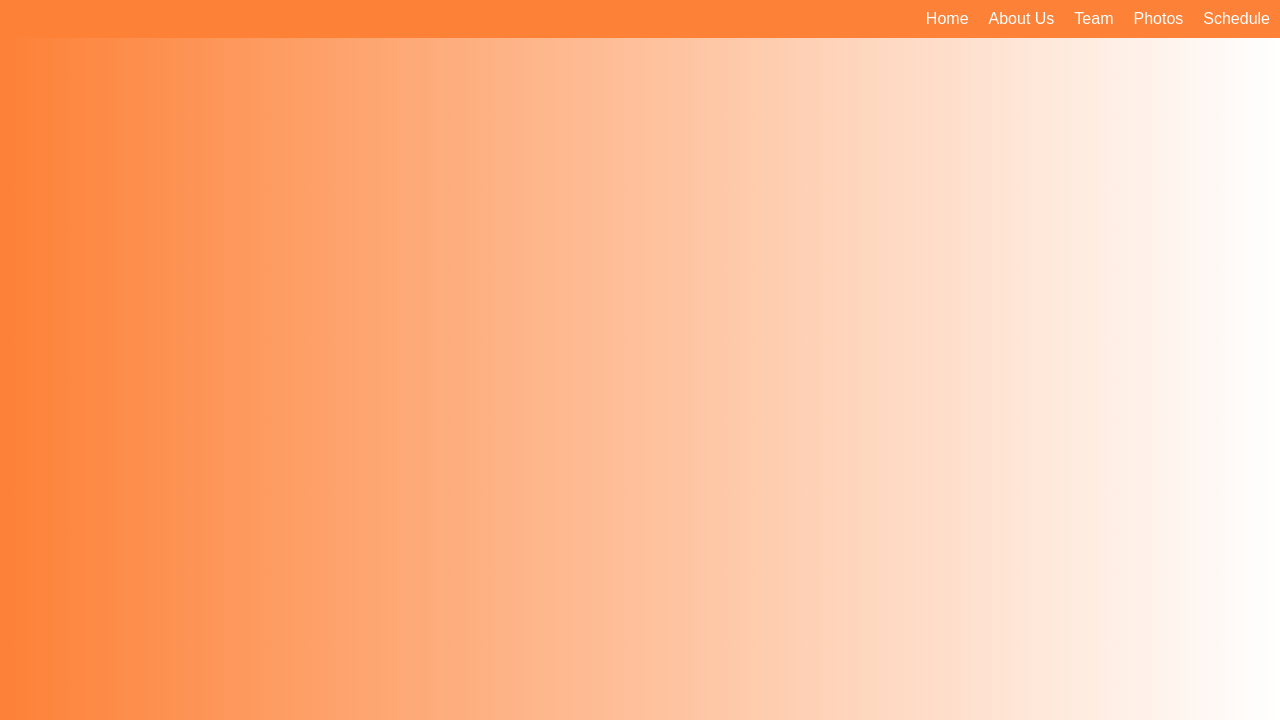
Repository: SHSFootballRepo/Website
Page: public/schedule.html
These files come from the project's save history. The page is drawn as it stood at one moment and after the next save; the edit follows.
The browser window is 1280 px wide. The pictures show the whole page.

Above is the page before, as saved 2023-08-19 18:44:14.

After the next save:
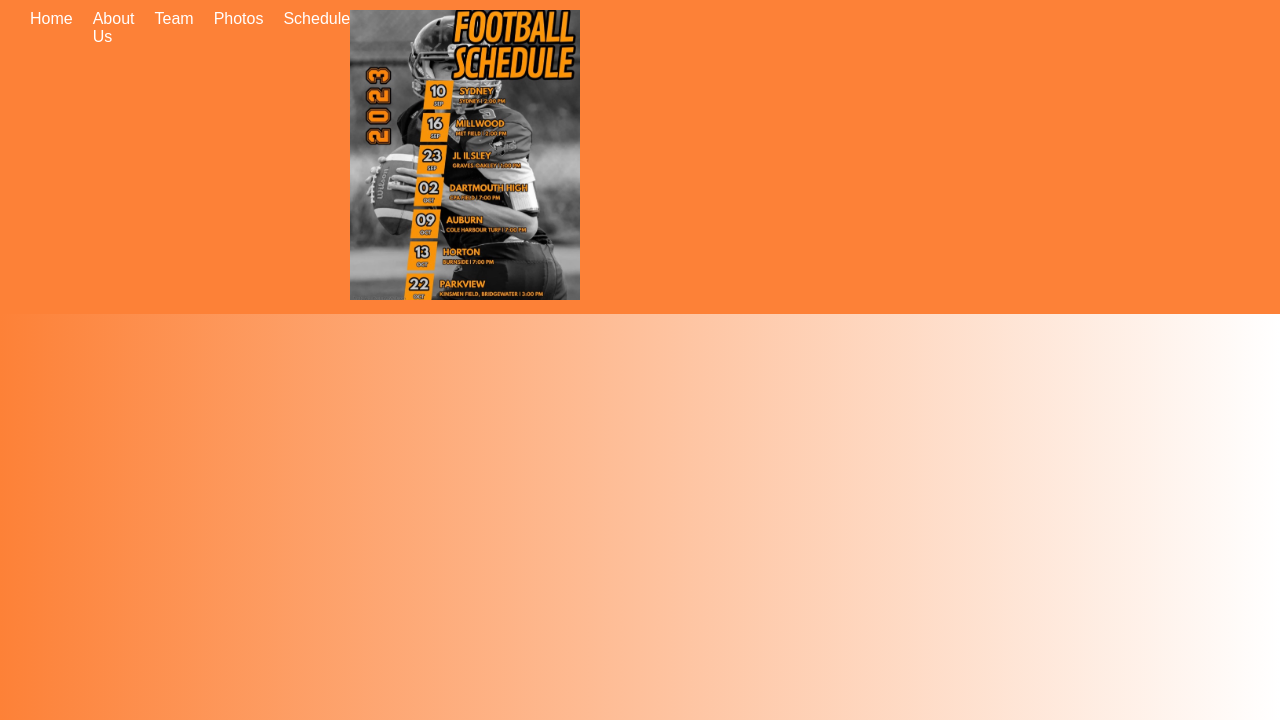
Saved 7 s later.
--- a/public/schedule.html
+++ b/public/schedule.html
@@ -17,4 +17,8 @@
                 <li><a href="/schedule.html">Schedule</a></li>
             </ul>
         </nav>
+        <section class="schedule1">
+            <img src="image0.png" alt="Team Photo">
+        </section>
+    </body>
     </header>
